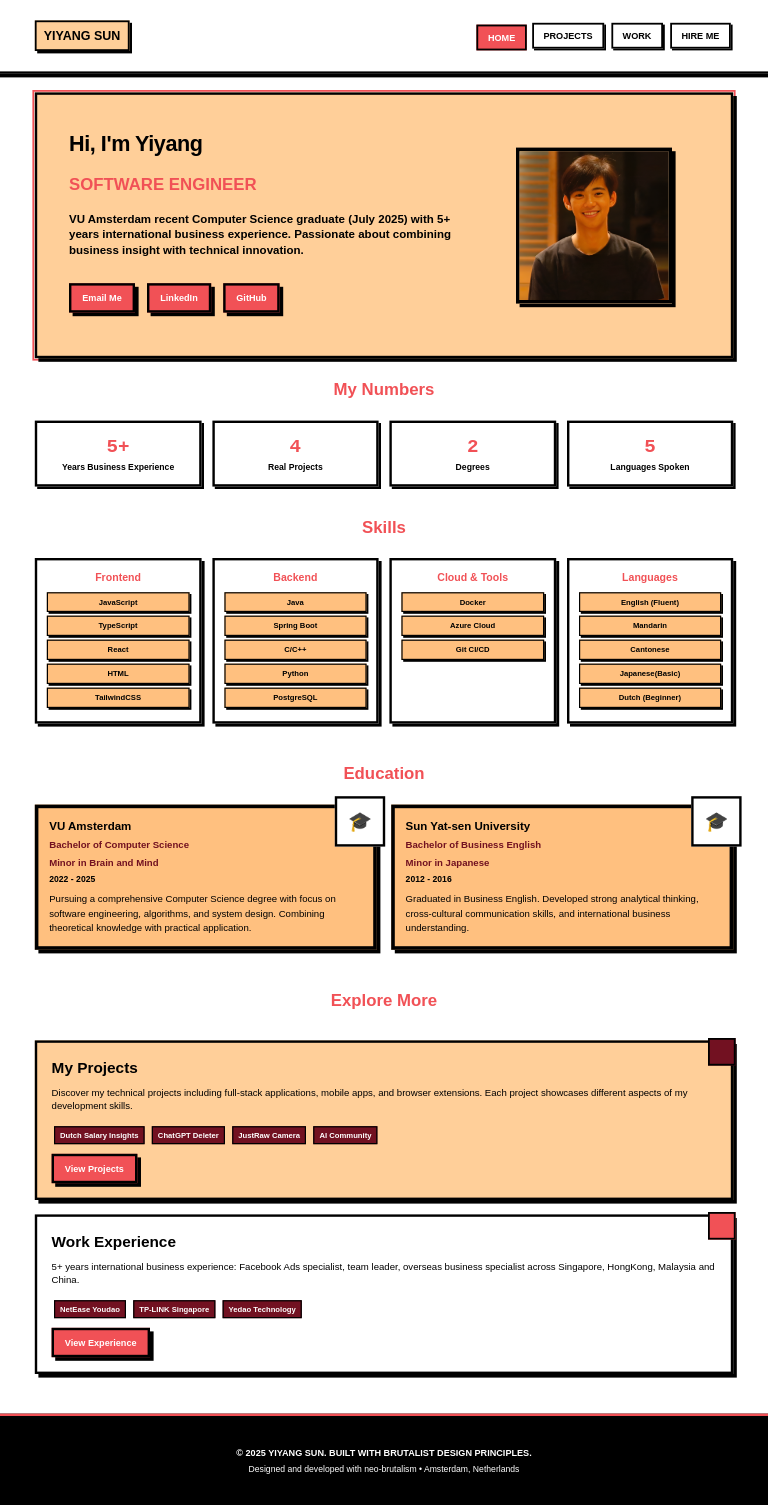
Repository: miloyiyangsun/yiyangsun.github.io
Page: .superdesign/design_iterations/yiyang_home_v2.html
An editor plug-in stored every save of this project. The page is shown before and after a run of saves, followed by the edit.
The browser window is 1280 px wide. The pictures show the whole page, at 60% of full size.

Above is the page before, as saved 2025-09-03 18:35:37.

### .superdesign/design_iterations/yiyang_home_v2.html
<!DOCTYPE html>
<html lang="en">
  <head>
    <meta charset="UTF-8" />
    <meta name="viewport" content="width=device-width, initial-scale=1.0" />
    <title>
      Yiyang Sun - Computer Science Student [Neo-Brutalist Portfolio]
    </title>
    <meta
      name="description"
      content="Yiyang Sun - VU Amsterdam Computer Science student with 5+ years business experience. Neo-brutalist portfolio design."
    />

    <!-- Neo-Brutalist Theme -->
    <link rel="stylesheet" href="brutalist_theme_v2.css" />

    <style>
      /* Page-specific brutal styles */
      body {
        padding-top: 120px;
        background: #ffffff;
      }

      .main-container {
        max-width: 1200px;
        margin: 0 auto;
        padding: 18px;
      }

      /* Navigation Layout - Right Align */
      .brutalist-nav .main-container {
        display: flex;
        justify-content: space-between;
        align-items: center;
      }

      .nav-links {
        display: flex;
        gap: 4px;
      }

      /* Navigation Brand - Brutalist */
      .nav-brand {
        background: #ffcf99;
        border: 3px solid #000000;
        padding: 8px 12px;
        box-shadow: 4px 4px 0 #000000;
        font-weight: 900;
      }

      /* Hero Layout - Left Right */
      .hero-layout {
        display: grid;
        grid-template-columns: 1fr 350px;
        gap: 48px;
        align-items: center;
        max-width: 1050px;
        margin: 0 auto;
      }

      .hero-content {
        text-align: left;
      }

      .hero-avatar {
        display: flex;
        justify-content: center;
        align-items: center;
      }

      /* Hero Avatar - Brutalist */
      .brutalist-avatar-container {
        display: inline-block;
        position: relative;
      }

      .brutalist-avatar {
        width: 260px;
        height: 260px;
        border: 6px solid #000000;
        box-shadow: 6px 6px 0 #000000;
        display: block;
        border-radius: 0;
        object-fit: cover;
      }

      /* Stats specific styling */
      .stats-section {
        margin: 32px 0;
      }

      /* Skills brutal grid */
      .skills-brutal-grid {
        display: grid;
        grid-template-columns: repeat(4, 1fr);
        gap: 18px;
        margin: 24px 0;
      }

      .skill-category {
        background: #ffffff;
        border: 4px solid #000000;
        padding: 16px;
        box-shadow: 5px 5px 0 #000000;
      }

      .skill-category h3 {
        color: #f15156;
        font-size: 1.1rem;
        margin-bottom: 12px;
        text-align: center;
      }

      .skill-item {
        background: #ffc07f;
        border: 2px solid #000000;
        padding: 6px 10px;
        margin: 6px 0;
        font-weight: 700;
        font-size: 0.8rem;
        text-align: center;
        box-shadow: 3px 3px 0 #000000;
      }

      .skill-item:hover {
        background: #f15156;
        color: #ffffff;
        transform: translate(-1px, -1px);
        box-shadow: 4px 4px 0 #000000;
      }

      /* Preview cards brutal */
      .preview-section {
        margin: 48px 0;
      }

      .preview-card {
        background: #ffffff;
        border: 4px solid #000000;
        padding: 24px;
        margin: 24px 0;
        box-shadow: 6px 6px 0 #000000;
        position: relative;
      }

      .preview-card::before {
        content: "";
        position: absolute;
        top: -8px;
        right: -8px;
        width: 40px;
        height: 40px;
        background: #f15156;
        border: 3px solid #000000;
      }

      .preview-card:nth-child(even) {
        background: #ffcf99;
      }

      .preview-card:nth-child(even)::before {
        background: #721121;
      }

      .preview-title {
        font-size: 1.6rem;
        font-weight: 900;
        color: #000000;
        margin-bottom: 12px;
      }

      .preview-description {
        font-size: 1rem;
        line-height: 1.4;
        margin-bottom: 18px;
      }

      .preview-tags {
        margin: 12px 0;
      }

      .preview-tag {
        display: inline-block;
        background: #721121;
        color: #ffffff;
        padding: 4px 8px;
        margin: 4px;
        border: 2px solid #000000;
        font-weight: 700;
        font-size: 0.8rem;
      }

      /* Education Section - Brutal */
      .education-grid {
        display: grid;
        grid-template-columns: repeat(auto-fit, minmax(400px, 1fr));
        gap: 24px;
        margin: 32px 0;
      }

      .education-card {
        background: #ffc07f;
        border: 6px solid #000000;
        padding: 18px;
        box-shadow: 6px 6px 0 #000000;
        position: relative;
      }

      .education-card::before {
        content: "🎓";
        position: absolute;
        top: -20px;
        right: -20px;
        font-size: 2rem;
        background: #ffffff;
        border: 4px solid #000000;
        padding: 8px;
        width: 60px;
        height: 60px;
        display: flex;
        align-items: center;
        justify-content: center;
      }

      .edu-institution {
        font-size: 1.2rem;
        font-weight: 900;
        color: #000000;
        margin-bottom: 6px;
      }

      .edu-degree {
        font-size: 1rem;
        font-weight: 700;
        color: #721121;
        margin-bottom: 6px;
      }

      .edu-period {
        font-size: 0.9rem;
        font-weight: 600;
        color: #000000;
        margin-bottom: 12px;
      }

      .edu-description {
        font-size: 1rem;
        line-height: 1.5;
        font-weight: 500;
      }

      /* Mobile brutal responsive */
      @media (max-width: 768px) {
        .hero-layout {
          grid-template-columns: 1fr;
          gap: 24px;
          text-align: center;
        }

        .hero-content {
          text-align: center;
          order: 2;
        }

        .hero-avatar {
          order: 1;
        }

        .brutalist-avatar {
          width: 225px;
          height: 225px;
        }

        .education-grid {
          grid-template-columns: 1fr;
        }
        .skills-brutal-grid {
          grid-template-columns: repeat(2, 1fr);
          gap: 12px;
        }

        .preview-card {
          padding: 16px;
          margin: 16px 0;
        }

        .nav-brand {
          font-size: 1.1rem !important;
          padding: 6px 10px;
        }

        .nav-links {
          gap: 2px;
        }
      }
    </style>
  </head>

  <body>
    <!-- Brutalist Navigation -->
    <nav class="brutalist-nav">
      <div class="main-container">
        <strong class="nav-brand" style="font-size: 1.3rem">YIYANG SUN</strong>
        <div class="nav-links">
          <a href="yiyang_home_v2.html" class="brutalist-nav-item active"
            >HOME</a
          >
          <a href="yiyang_projects_v2.html" class="brutalist-nav-item"
            >PROJECTS</a
          >
          <a href="yiyang_work_v2.html" class="brutalist-nav-item">WORK</a>
          <a href="yiyang_hireme_v2.html" class="brutalist-nav-item">HIRE ME</a>
        </div>
      </div>
    </nav>

    <!-- Main Content -->
    <main class="main-container">
      <!-- Hero Section - Brutalist -->
      <section class="brutalist-hero">
        <div class="hero-layout">
          <div class="hero-content">
            <h1 class="title-huge" style="margin: 24px 0">Hi, I'm Yiyang</h1>
            <h2
              class="title-large"
              style="margin: 16px 0; text-transform: uppercase"
            >
              software engineer
            </h2>

            <p
              style="
                font-size: 1.2rem;
                margin: 24px 0;
                font-weight: 700;
                line-height: 1.4;
              "
            >
              VU Amsterdam recent Computer Science graduate (July 2025) with 5+
              years international business experience. Passionate about
              combining business insight with technical innovation.
            </p>

            <div style="margin: 32px 0">
              <a
                href="mailto:miloyysun@outlook.com"
                class="brutalist-button"
                style="margin: 8px 8px 8px 0"
                >Email Me</a
              >
              <a
                href="https://linkedin.com/in/yiyangsunmilo"
                class="brutalist-button"
                style="margin: 8px"
                >LinkedIn</a
              >
              <a
                href="https://github.com/miloyiyangsun"
                class="brutalist-button"
                style="margin: 8px"
                >GitHub</a
              >
            </div>
          </div>

          <div class="hero-avatar">
            <div class="brutalist-avatar-container">
              <img
                src="../../assets/images/yiyang-photo.jpg"
                alt="Yiyang Sun"
                class="brutalist-avatar"
              />
            </div>
          </div>
        </div>
      </section>

      <!-- Stats Section - Brutalist -->
      <section class="stats-section">
        <h2 class="title-large brutalist-text-center" style="margin: 32px 0">
          My Numbers
        </h2>

        <div class="brutalist-stats">
          <div class="brutalist-stat">
            <span class="brutalist-stat-number">5+</span>
            <span class="brutalist-stat-label">Years Business Experience</span>
          </div>
          <div class="brutalist-stat">
            <span class="brutalist-stat-number">4</span>
            <span class="brutalist-stat-label">Real Projects</span>
          </div>
          <div class="brutalist-stat">
            <span class="brutalist-stat-number">2</span>
            <span class="brutalist-stat-label">Degrees</span>
          </div>
          <div class="brutalist-stat">
            <span class="brutalist-stat-number">5</span>
            <span class="brutalist-stat-label">Languages Spoken</span>
          </div>
        </div>
      </section>

      <!-- Skills Section - Brutalist -->
      <section>
        <h2
          class="title-large brutalist-text-center"
          style="margin: 48px 0 32px 0"
        >
          Skills
        </h2>

        <div class="skills-brutal-grid">
          <div class="skill-category">
            <h3>Frontend</h3>
            <div class="skill-item">JavaScript</div>
            <div class="skill-item">TypeScript</div>
            <div class="skill-item">React</div>
            <div class="skill-item">HTML</div>
            <div class="skill-item">TailwindCSS</div>
          </div>

          <div class="skill-category">
            <h3>Backend</h3>
            <div class="skill-item">Java</div>
            <div class="skill-item">Spring Boot</div>
            <div class="skill-item">C/C++</div>
            <div class="skill-item">Python</div>
            <div class="skill-item">PostgreSQL</div>
          </div>

          <div class="skill-category">
            <h3>Cloud & Tools</h3>
            <div class="skill-item">Docker</div>
            <div class="skill-item">Azure Cloud</div>
            <div class="skill-item">Git CI/CD</div>
          </div>

          <div class="skill-category">
            <h3>Languages</h3>
            <div class="skill-item">English (Fluent)</div>
            <div class="skill-item">Mandarin</div>
            <div class="skill-item">Cantonese</div>
            <div class="skill-item">Japanese(Basic)</div>
            <div class="skill-item">Dutch (Beginner)</div>
          </div>
        </div>
      </section>

      <!-- Education Section -->
      <section>
        <h2
          class="title-large brutalist-text-center"
          style="margin: 64px 0 32px 0"
        >
          Education
        </h2>

        <div class="education-grid">
          <div class="education-card">
            <div class="edu-institution">VU Amsterdam</div>
            <div class="edu-degree">Bachelor of Computer Science</div>
            <div class="edu-degree">Minor in Brain and Mind</div>

            <div class="edu-period">2022 - 2025</div>
            <div class="edu-description">
              Pursuing a comprehensive Computer Science degree with focus on
              software engineering, algorithms, and system design. Combining
              theoretical knowledge with practical application.
            </div>
          </div>

          <div class="education-card">
            <div class="edu-institution">Sun Yat-sen University</div>
            <div class="edu-degree">Bachelor of Business English</div>
            <div class="edu-degree">Minor in Japanese</div>

            <div class="edu-period">2012 - 2016</div>
            <div class="edu-description">
              Graduated in Business English. Developed strong analytical
              thinking, cross-cultural communication skills, and international
              business understanding.
            </div>
          </div>
        </div>
      </section>

      <!-- Preview Cards Section - Brutalist -->
      <section class="preview-section">
        <h2
          class="title-large brutalist-text-center"
          style="margin: 64px 0 48px 0"
        >
          Explore More
        </h2>

        <div class="preview-card">
          <div class="preview-title">My Projects</div>
          <div class="preview-description">
            Discover my technical projects including full-stack applications,
            mobile apps, and browser extensions. Each project showcases
            different aspects of my development skills.
          </div>
          <div class="preview-tags">
            <span class="preview-tag">Dutch Salary Insights</span>
            <span class="preview-tag">ChatGPT Deleter</span>
            <span class="preview-tag">JustRaw Camera</span>
            <span class="preview-tag">AI Community</span>
          </div>
          <a href="yiyang_projects_v2.html" class="brutalist-button"
            >View Projects</a
          >
        </div>

        <div class="preview-card">
          <div class="preview-title">Work Experience</div>
          <div class="preview-description">
            5+ years international business experience: Facebook Ads specialist,
            team leader, overseas business specialist across Singapore,
            HongKong, Malaysia and China.
          </div>
          <div class="preview-tags">
            <span class="preview-tag">NetEase Youdao</span>
            <span class="preview-tag">TP-LINK Singapore</span>
            <span class="preview-tag">Yedao Technology</span>
          </div>
          <a href="yiyang_work_v2.html" class="brutalist-button"
            >View Experience</a
          >
        </div>

        <!-- <div class="preview-card">
                <div class="preview-title">Personal Journey</div>
                <div class="preview-description">
                    From business professional to computer science student: Sun Yat-sen University (Business English)
                    to VU Amsterdam (Computer Science), volunteer work, and AI community building.
                </div>
                <div class="preview-tags">
                    <span class="preview-tag">VU Amsterdam CS</span>
                    <span class="preview-tag">Sun Yat-sen University</span>
                    <span class="preview-tag">Career Transition</span>
                </div>
            </div> -->
      </section>
    </main>

    <!-- Footer - Brutalist -->
    <footer
      style="
        background: #000000;
        color: #ffffff;
        padding: 32px;
        text-align: center;
        border-top: 4px solid #f15156;
      "
    >
      <div class="main-container">
        <p style="font-weight: 700; margin-bottom: 8px">
          &copy; 2025 YIYANG SUN. BUILT WITH BRUTALIST DESIGN PRINCIPLES.
        </p>
        <p style="font-size: 0.9rem">
          Designed and developed with neo-brutalism • Amsterdam, Netherlands
        </p>
      </div>
    </footer>

    <script>
      // Minimal JavaScript - True to brutalist philosophy
      console.log("🏗️ YIYANG SUN PORTFOLIO - NEO-BRUTALIST VERSION");
      console.log("Built with minimal JS, maximum impact!");

      // Simple click feedback for brutalist buttons
      document
        .querySelectorAll(".brutalist-button, .skill-item")
        .forEach((element) => {
          element.addEventListener("mousedown", function () {
            this.style.transform = "translate(3px, 3px)";
            this.style.boxShadow = "none";
          });

          element.addEventListener("mouseup", function () {
            this.style.transform = "";
            this.style.boxShadow = "";
          });
        });
    </script>
  </body>
</html>

Loaded but not shown: .superdesign/design_iterations/brutalist_theme_v2.css (336 lines, source omitted)

After the next 2 saves:
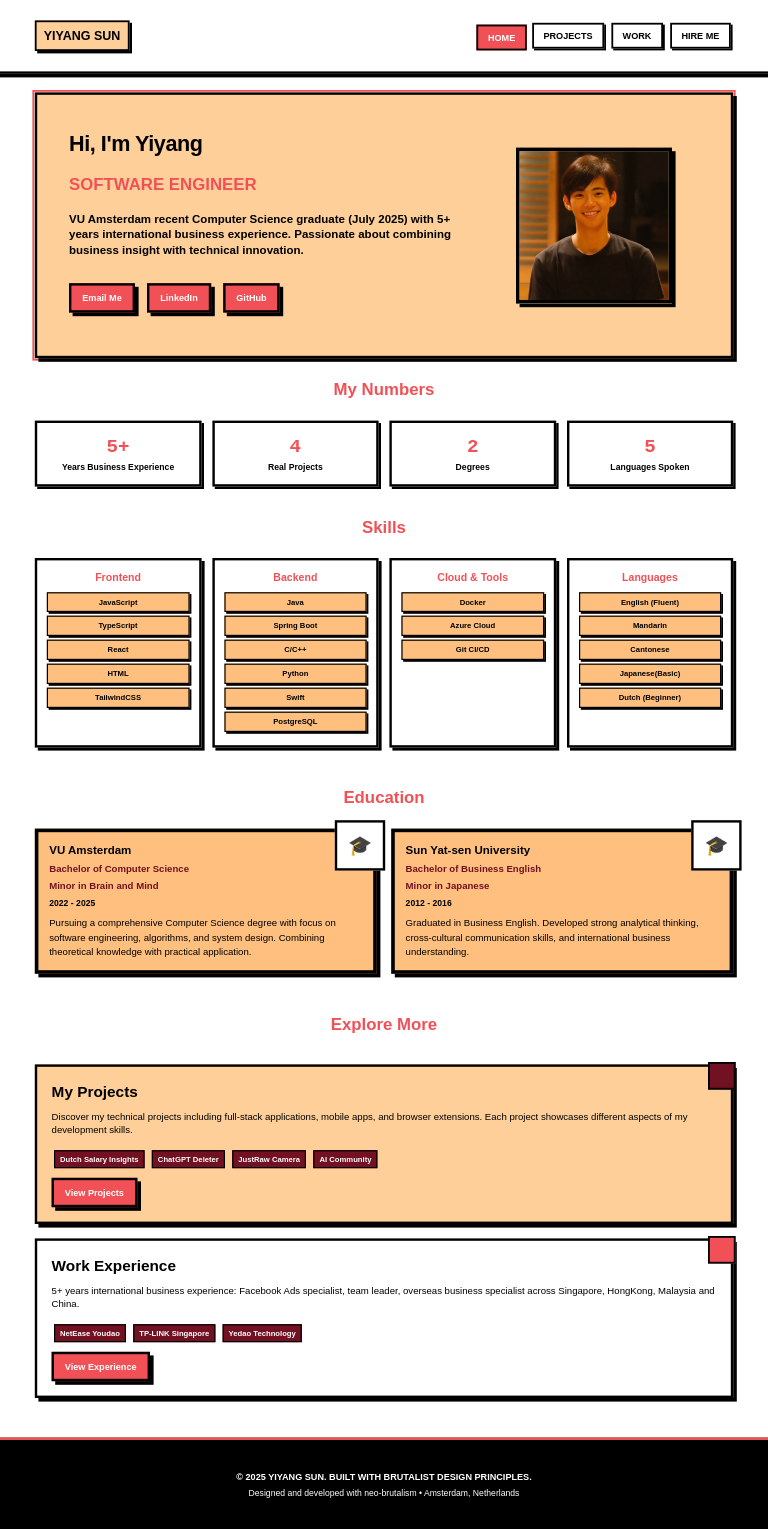
The 2 saves are shown as one change because they came seconds apart.
The last was saved 28 s later.
--- a/.superdesign/design_iterations/yiyang_home_v2.html
+++ b/.superdesign/design_iterations/yiyang_home_v2.html
@@ -426,6 +426,7 @@
             <div class="skill-item">Spring Boot</div>
             <div class="skill-item">C/C++</div>
             <div class="skill-item">Python</div>
+            <div class="skill-item">Swift</div>
             <div class="skill-item">PostgreSQL</div>
           </div>
 
